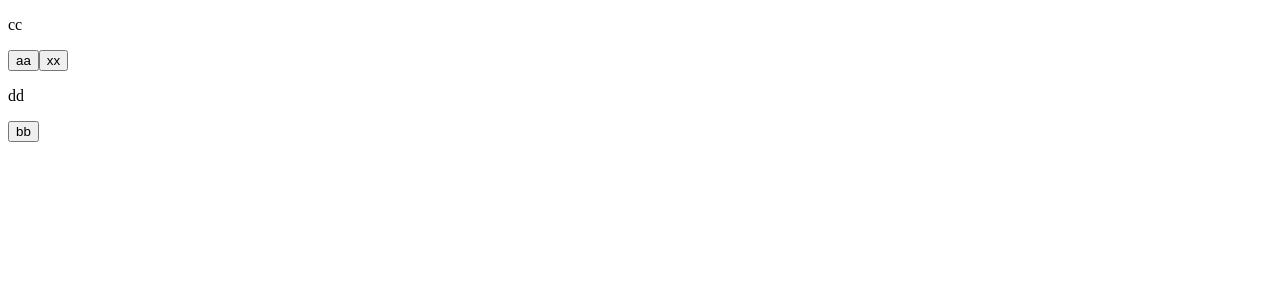
Repository: SolarHalo/dbe
Page: http://localhost/test.php
The author's editor kept a copy of each file at every save. The page is drawn from the files as they stood at one save, then again after the next save.
The browser window is 1280 px wide. The pictures show the whole page.
The page is run by PHP 8.4 with error messages shown; the project is at /var/www/html/.

Above is the page before, as saved 2013-03-22 13:07:42.

After the next save:
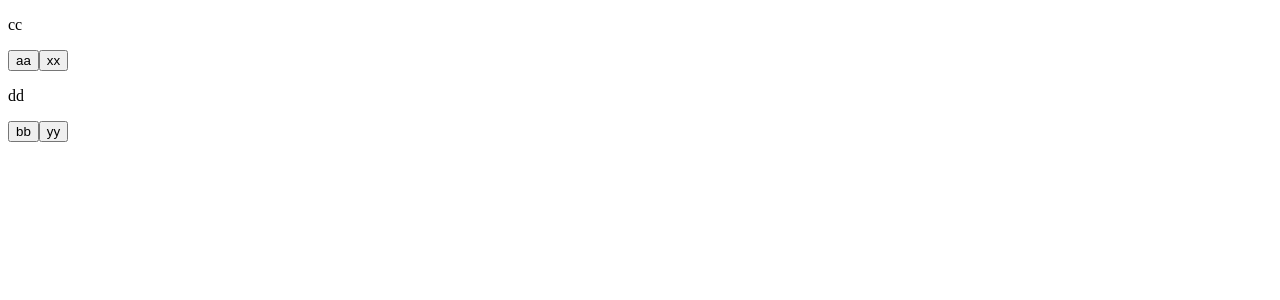
Saved 18 s later.
--- a/test/test.php
+++ b/test/test.php
@@ -22,7 +22,7 @@ $(document).ready(function(){
 			<div><p>cc</p><button  un='aa' class="btn">aa</button><button  un='xx' class="btn">xx</button></div>
 		</div>
 		<div>
-			<div><p>dd</p><button  un='bb' class="btn">bb</button></div>
+			<div><p>dd</p><button  un='bb' class="btn">bb</button><button  un='yy' class="btn">yy</button></div>
 		</div>
 	</div>
 </body>
